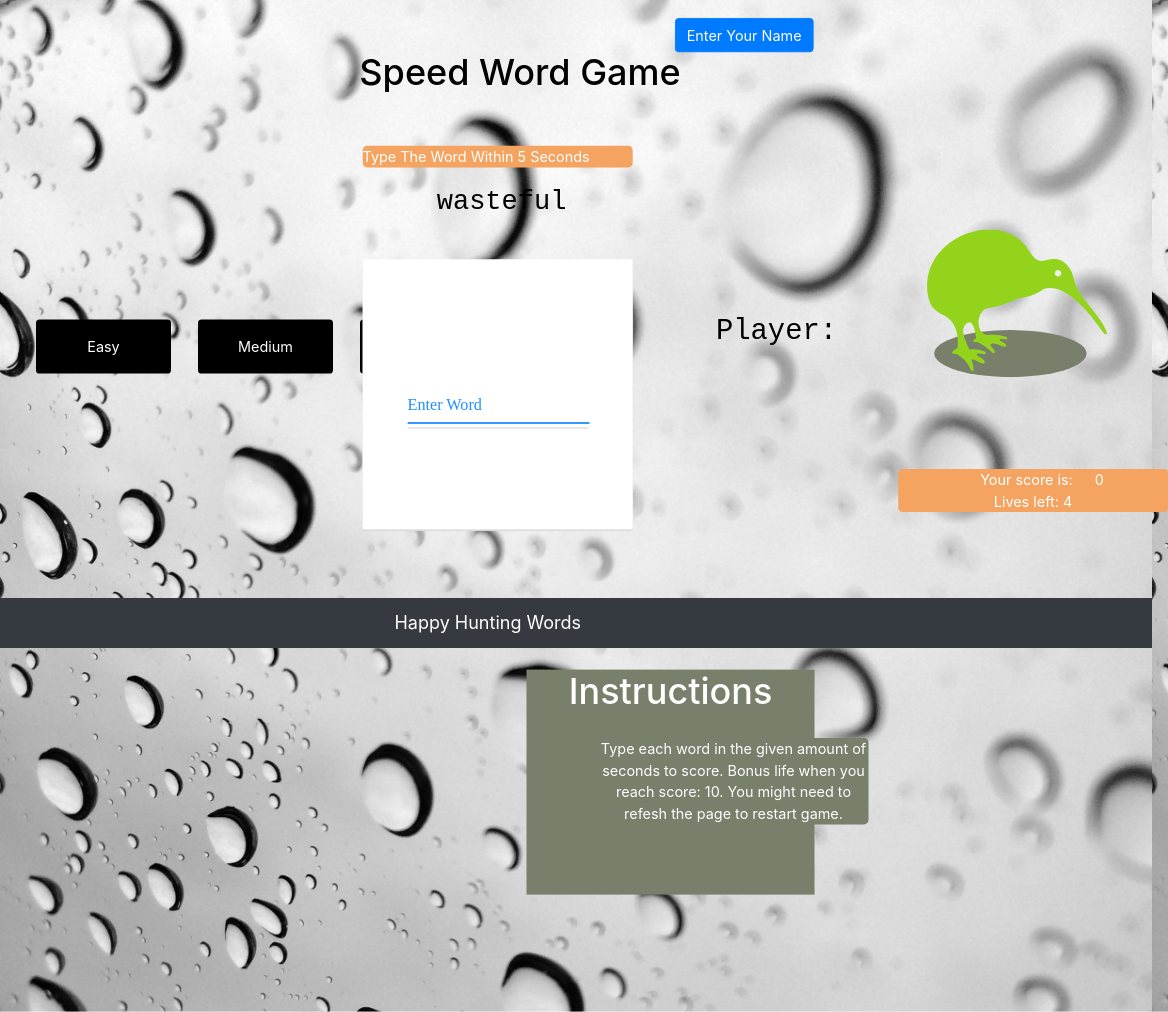
Repository: konstantin0s/word-game-project
Page: modal.html
An editor plug-in stored every save of this project. The page is shown before and after the next save, followed by the edit.
The browser window is 1280 px wide. The page is 1298 px wide, so the pictures cover 1298 px, including what lies to the right of the window. The pictures show the whole page, at 90% of full size.
Backgrounds fixed to the window are drawn as part of the page. Some web libraries are served in a nearby version.

Above is the page before, as saved 2019-02-13 16:46:56.
Console error: ReferenceError: cancelLevel1 is not defined

After the next save:
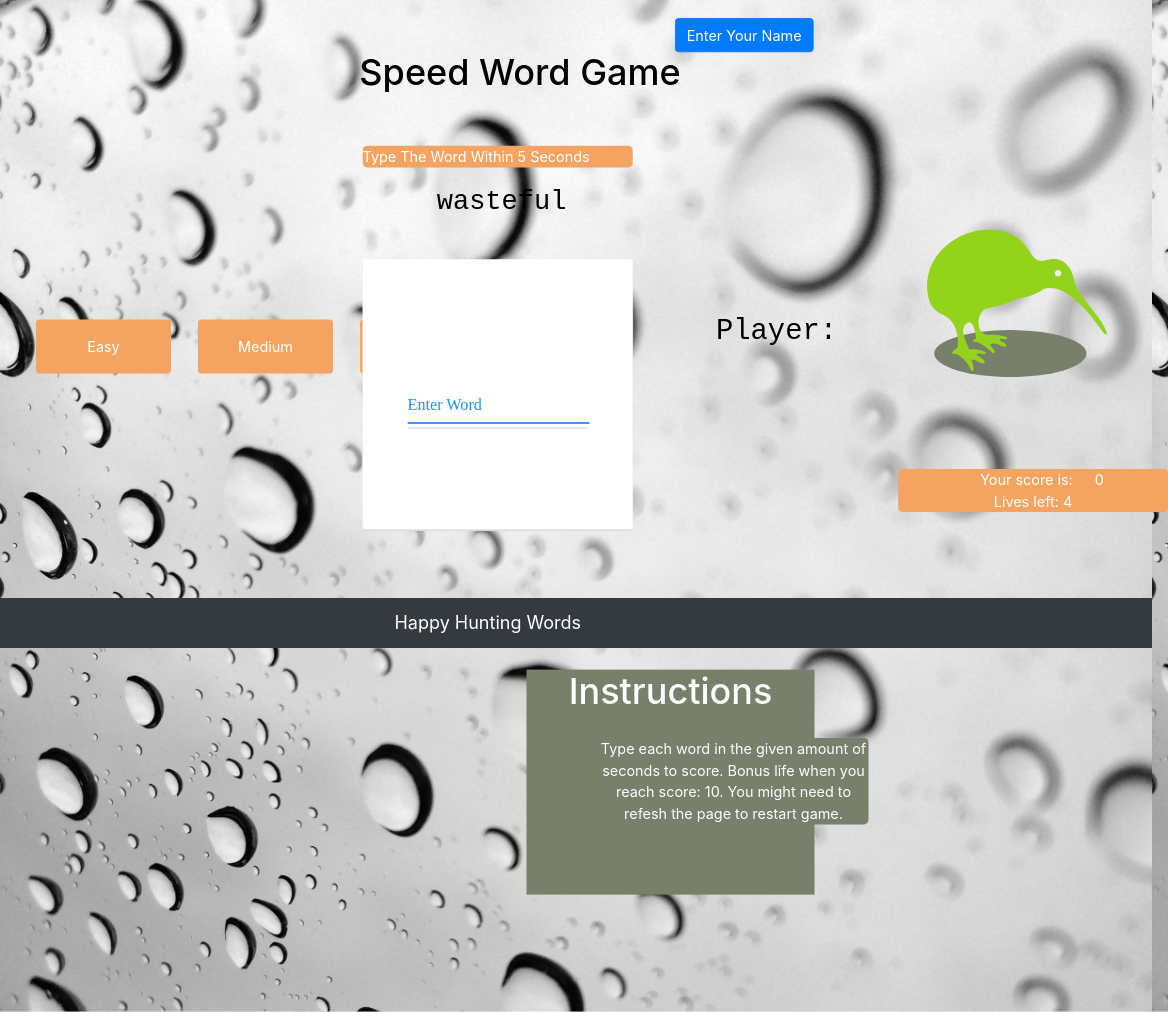
Saved 50 s later.
--- a/css/style.css
+++ b/css/style.css
@@ -268,7 +268,7 @@ b {
     float: left;
     list-style: none;
     text-align: center;
-    background-color: #000000;
+    background-color: sandybrown;
     margin-right: 30px;
     width: 150px;
     line-height: 60px;
